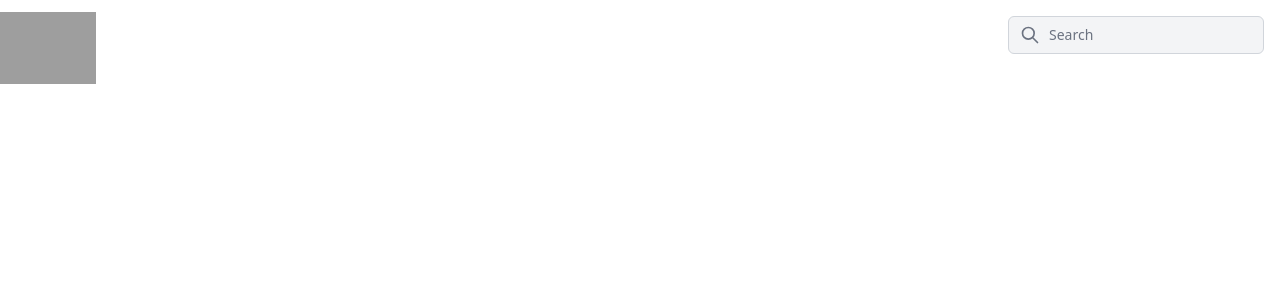
Repository: Qu4ntumGuy/insta-clone
Page: /
An editor plug-in stored every save of this project. The page is shown before and after the next save, followed by the edit.
The browser window is 1280 px wide. The pictures show the whole page.
Pictures or frames that could not be fetched are drawn as grey boxes. The project was rebuilt for these pictures with package versions that can differ from the ones it lists, and the page was loaded fresh each time. The framework's server and built-in components were replaced by stand-ins that run in the browser. Also part of the build but not shown: next.config.js.

Above is the page before, as saved 2022-03-16 12:10:24.

### pages/index.js
import Head from "next/head";
import Header from "../components/Header";

export default function Home() {
  return (
    <div className="">
      <Head>
        <title>Instagram 2.0</title>
        <link rel="icon" href="/favicon.ico" />
      </Head>
      <Header />
    </div>
  );
}

### components/Header.js
import Image from "next/image";
import {
  SearchIcon,
  PlusCicleIcon,
  UserGroupIcon,
  HeartIcon,
  PaperAirplaneIcon,
  MenuIcon,
} from "@heroicons/react/outline";

const Header = () => {
  return (
    <div>
      <div className="flex justify-between">
        <div className="relative h-24 w-24 hidden lg:inline-grid">
          <Image
            src="https://logos-world.net/wp-content/uploads/2020/04/Instagram-Logo.png"
            layout="fill"
            objectFit="contain"
          />
        </div>

        <div className="relative h-10 w-10 lg:hidden">
          <Image
            src="https://logos-world.net/wp-content/uploads/2020/04/Instagram-Emblem-700x394.png"
            layout="fill"
            objectFit="contain"
          />
        </div>

        <div className=" max-w-xs">
          <div className=" relative m-1 p-3 rounded-md items-center">
            <div className=" absolute inset-y-0  pl-3 flex items-center">
              <SearchIcon className=" h-5 w-5 text-gray-500" />
            </div>
            <input
              className="bg-gray-100 rounded-md block w-full pl-10 sm: text-sm
            border-gray-300 focus:ring-black focus:border-black"
              type="text"
              placeholder="Search"
            />
          </div>
        </div>
      </div>
    </div>
  );
};

export default Header;

Loaded but not shown: pages/_app.js (common file); styles/globals.css (common file); tailwind.config.js (common file)

After the next save:
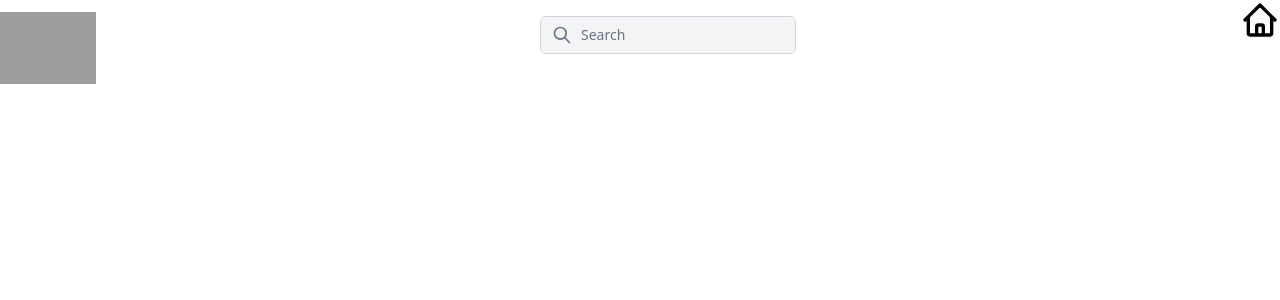
Saved 108 s later.
--- a/components/Header.js
+++ b/components/Header.js
@@ -6,6 +6,7 @@
   HeartIcon,
   PaperAirplaneIcon,
   MenuIcon,
+  HomeIcon,
 } from "@heroicons/react/outline";
 
 const Header = () => {
@@ -29,7 +30,7 @@
         </div>
 
         <div className=" max-w-xs">
-          <div className=" relative m-1 p-3 rounded-md items-center">
+          <div className=" relative m-1 p-3 rounded-md">
             <div className=" absolute inset-y-0  pl-3 flex items-center">
               <SearchIcon className=" h-5 w-5 text-gray-500" />
             </div>
@@ -41,6 +42,11 @@
             />
           </div>
         </div>
+
+        <HomeIcon className=" h-10 w-10" />
+
+
+
       </div>
     </div>
   );
